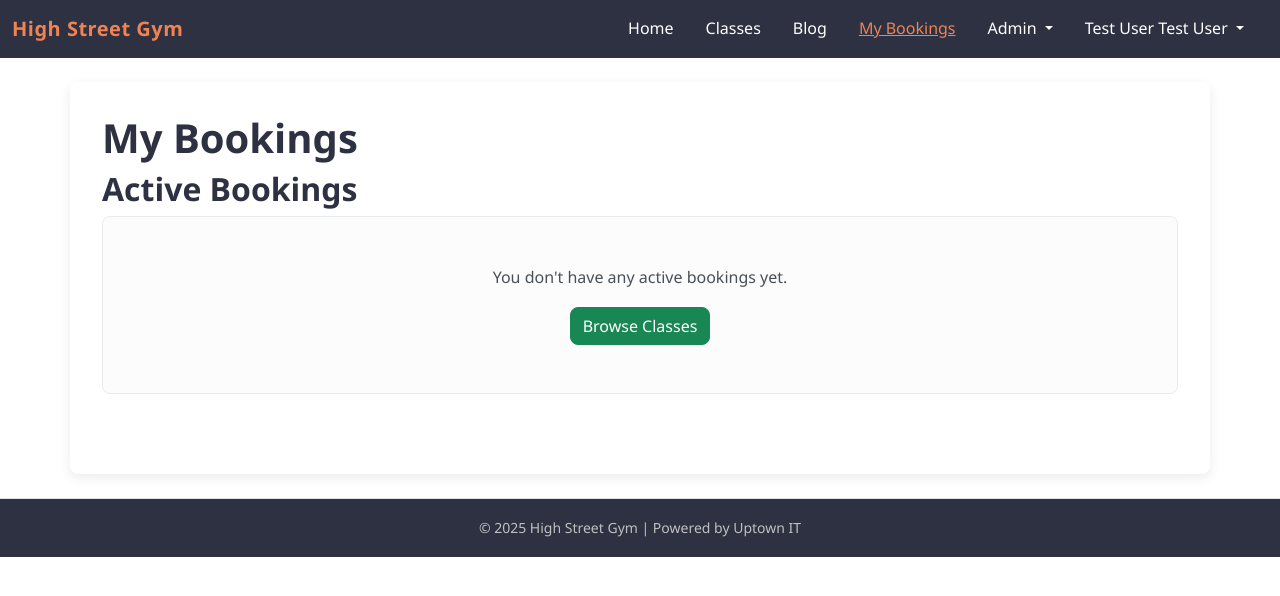
Repository: HBDSolutions/highstreetgym
Page: http://localhost/highstreetgym/controllers/content/bookings_controller.php
An editor plug-in stored every save of this project. The page is shown before and after the next save, followed by the edit.
The browser window is 1280 px wide. The pictures show the whole page.
The page is run by PHP 8.4 with error messages shown; the project is at /var/www/html/. The session is filled in as if someone had signed in: {"user_id": 1, "user_email": "test@example.com", "first_name": "Test User", "last_name": "Test User", "user_type": "admin", "logged_in": true}. Other server files are loaded and not shown. The database holds what the project's SQL file puts in it. Queries for data that is not in the repository find no rows.

Above is the page before, as saved 2025-11-03 22:43:43.

### controllers/content/bookings_controller.php
<?php
/**
 * BOOKINGS CONTENT CONTROLLER
 *
 * RESPONSIBILITY: User's booking management
 */

// Start session
if (session_status() === PHP_SESSION_NONE) {
    session_start();
}

// Include dependencies
require_once __DIR__ . '/../../models/database.php';
require_once __DIR__ . '/../../models/session.php';
require_once __DIR__ . '/../../models/class_functions.php';

// Get authentication state
$currentUser = get_current_user_display();
$isLoggedIn = $currentUser['is_logged_in'];
$userId = $currentUser['user_id'];
$userType = $currentUser['user_type'];

// Initialise variables
$cancelMessage = '';
$cancelSuccess = false;

// Handle booking cancellation
if ($_SERVER['REQUEST_METHOD'] === 'POST' && isset($_POST['action']) && $_POST['action'] === 'cancel') {
    $bookingId = intval($_POST['booking_id'] ?? 0);

    if ($bookingId > 0) {
        $result = cancel_booking($conn, $bookingId, $userId);
        $cancelMessage = $result['message'];
        $cancelSuccess = $result['success'];
    }
}

// Get user's bookings from model
$userBookings = get_user_bookings($conn, $userId);

// Separate and format active bookings
$activeBookings = [];

foreach ($userBookings as $booking) {
    if ($booking['status'] === 'confirmed') {
        $activeBookings[] = [
            'booking_id' => $booking['booking_id'],
            'class_name' => $booking['class_name'],
            'description' => $booking['description'],
            'day_of_week' => $booking['day_of_week'],
            'start_time' => date('g:i A', strtotime($booking['start_time'])),
            'end_time' => date('g:i A', strtotime($booking['end_time'])),
            'trainer_name' => $booking['trainer_first_name'] . ' ' . $booking['trainer_last_name'],
            'booking_date' => date('F j, Y', strtotime($booking['booking_date']))
        ];
    }
}

// CONTROLLER DECISIONS - Set flags for what to display
$showCancelMessage = !empty($cancelMessage);
$hasActiveBookings = !empty($activeBookings);
$showNoBookings = empty($activeBookings);

// Define view variables
$pageTitle = 'My Bookings';
$contentView = __DIR__ . '/../../views/content/bookings.php';

// Load MEMBER layout controller (enforces authentication)
require_once __DIR__ . '/../layouts/member_layout.php';
?>

### models/database.php
<?php

//database connection details
$servername = "localhost";
$username = "connect_hsg";
$password = "HighStreetGym1!";
$database = "highstreetgym";

//connect to the database
try {
	//connect to the database
	$conn = new PDO("mysql:host=$servername;dbname=$database", $username,	$password);
	//set the PDO error mode to exception
	$conn->setAttribute(PDO::ATTR_ERRMODE, PDO::ERRMODE_EXCEPTION);
}
catch (PDOException $e) {
    die("Database connection failed: " . $e->getMessage());
}

?>

### models/session.php
<?php

// SESSION MANAGEMENT FUNCTIONS

// Check user is logged in

function is_user_logged_in() {
    return isset($_SESSION['logged_in']) && $_SESSION['logged_in'] === true;
}

//  Get user data

function get_current_user_display() {
    if (!is_user_logged_in()) {
        return [
            'is_logged_in' => false,
            'user_name' => 'Guest',
            'user_type' => null,
            'user_email' => null,
            'user_id' => null
        ];
    }

    // Derive full name
    $firstName = $_SESSION['first_name'] ?? '';
    $lastName = $_SESSION['last_name'] ?? '';
    $fullName = trim($firstName . ' ' . $lastName);

    // Fallback to 'User' if name is empty
    if (empty($fullName)) {
        $fullName = 'User';
    }

    return [
        'is_logged_in' => true,
        'user_name' => $fullName,
        'user_type' => $_SESSION['user_type'] ?? 'member',
        'user_email' => $_SESSION['user_email'] ?? '',
        'user_id' => $_SESSION['user_id'] ?? null
    ];
}

// Check user permission

function user_has_permission($requiredType) {
    if (!is_user_logged_in()) {
        return false;
    }

    $userType = $_SESSION['user_type'] ?? 'member';

    // Admin has all permissions
    if ($userType === 'admin') {
        return true;
    }

    // Check specific permission
    return $userType === $requiredType;
}

// Require user to be logged in

function require_login($redirectAfterLogin = '') {
    if (!is_user_logged_in()) {
        $redirect = $redirectAfterLogin ?: $_SERVER['REQUEST_URI'];
        header('Location: controllers/auth/login_controller.php?msg=login_required&redirect=' . urlencode($redirect));
        exit;
    }
}

// Require specific user type

function require_permission($requiredType) {
    require_login(); // First ensure logged in

    if (!user_has_permission($requiredType)) {
        $_SESSION['error_message'] = 'You do not have permission to access this page.';
        header('Location: /highstreetgym/index.php');
        exit;
    }
}
?>

### controllers/layouts/member_layout.php
<?php
/**
 * MEMBER LAYOUT CONTROLLER
 *
 * RESPONSIBILITY: Page-level setup for member-authenticated pages
 */

// Include base layout functionality
require_once __DIR__ . '/base_layout.php';

// Initialise and get all base data
$layoutData = init_base_layout();

// Extract authentication data
$currentUser = $layoutData['currentUser'];
$isLoggedIn = $layoutData['isLoggedIn'];

// PAGE ACCESS PERMISSION: Must be logged in
if (!$isLoggedIn) {
    $_SESSION['redirect_after_login'] = $_SERVER['REQUEST_URI'];
    header('Location: /highstreetgym/index.php');
    exit;
}

// Extract remaining layout data
$userId = $layoutData['userId'];
$userName = $layoutData['userName'];
$userEmail = $layoutData['userEmail'];
$userType = $layoutData['userType'];
$currentPath = $layoutData['currentPath'];

// Navigation flags for member layout
$showAdminMenu = ($userType === 'admin');
$showMemberMenu = true;
$showLoginButton = false;

// Validate required variables from content controller
validate_layout_requirements($pageTitle ?? '', $contentView ?? '');

// Set page title for <title> tag
$title = $pageTitle . ' - High Street Gym';

// Render the member layout
include __DIR__ . '/../../views/layouts/member.php';
?>

### controllers/layouts/base_layout.php
<?php
/**
 * BASE LAYOUT
 *  * Shared functionality for all layout controllers
 *
 * USAGE: $layoutData = init_base_layout();
 */

/**
 * Returns all common data needed by layout controllers
 */

function init_base_layout() {
    // Start session if not already started
    if (session_status() === PHP_SESSION_NONE) {
        session_start();
    }

    // Include required models
    require_once __DIR__ . '/../../models/database.php';
    require_once __DIR__ . '/../../models/session.php';

    // Get user authentication state
    $currentUser = get_current_user_display();

    // Prepare navigation path
    $currentPath = parse_url($_SERVER['REQUEST_URI'] ?? '/', PHP_URL_PATH) ?: '/';

    // Login modal setup
    $modalLoginError = $_SESSION['modal_login_error'] ?? null;
    unset($_SESSION['modal_login_error']);

    $showModalLoginError = !empty($modalLoginError);

    $loginModalContext = [
        'showErrorAlert' => $showModalLoginError,
        'errorMessage' => $modalLoginError ?? '',
        'formAction' => '/highstreetgym/controllers/auth/login_controller.php'
    ];

    // Return all data as an associative array
    return [
        // User authentication
        'currentUser' => $currentUser,
        'isLoggedIn' => $currentUser['is_logged_in'],
        'userId' => $currentUser['user_id'],
        'userName' => $currentUser['user_name'],
        'userEmail' => $currentUser['user_email'],
        'userType' => $currentUser['user_type'],

        // Navigation
        'currentPath' => $currentPath,

        // Login modal
        'modalLoginError' => $modalLoginError,
        'showModalLoginError' => $showModalLoginError,
        'showLoginModal' => $showModalLoginError,
        'loginModalContext' => $loginModalContext
    ];
}

// Navigation helper function

function is_active($needle) {
    global $currentPath;
    return str_ends_with($currentPath, $needle) ? 'active' : '';
}

// Validate required view variables

function validate_layout_requirements($pageTitle, $contentView) {
    if (empty($pageTitle)) {
        die('Error: Content controller must define $pageTitle');
    }

    if (empty($contentView) || !file_exists($contentView)) {
        die('Error: Content controller must define valid $contentView');
    }
}

?>

### views/layouts/member.php
<!DOCTYPE html>
<html lang="en">
<head>
    <meta charset="UTF-8">
    <meta name="viewport" content="width=device-width, initial-scale=1.0">
    <title><?= htmlspecialchars($title) ?></title>

    <!-- Bootstrap CSS -->
    <link href="https://cdn.jsdelivr.net/npm/bootstrap@5.3.0/dist/css/bootstrap.min.css" rel="stylesheet">
    <!-- Bootstrap Icons -->
    <link rel="stylesheet" href="https://cdn.jsdelivr.net/npm/bootstrap-icons@1.11.0/font/bootstrap-icons.css">
    <!-- Custom CSS -->
    <link rel="stylesheet" href="/highstreetgym/assets/css/style.css">
</head>
<body>
    <!-- Navigation -->
    <?php include __DIR__ . '/../partials/nav.php'; ?>

    <!-- Main Content -->
    <main>
        <?php include $contentView; ?>
    </main>

    <!-- Footer -->
    <?php include __DIR__ . '/../partials/footer.php'; ?>

    <!-- Bootstrap JS -->
    <script src="https://cdn.jsdelivr.net/npm/bootstrap@5.3.0/dist/js/bootstrap.bundle.min.js"></script>
</body>
</html>

### views/partials/nav.php
<nav class="navbar navbar-expand-lg navbar-dark bg-dark">
    <div class="container-fluid">
        <a class="navbar-brand" href="/highstreetgym/index.php">High Street Gym</a>

        <button class="navbar-toggler" type="button" data-bs-toggle="collapse" data-bs-target="#navbarNav">
            <span class="navbar-toggler-icon"></span>
        </button>

        <div class="collapse navbar-collapse" id="navbarNav">
          <!-- Navigation Links -->
          <ul class="navbar-nav ms-auto mb-2 mb-lg-0">
              <li class="nav-item">
                  <a class="nav-link <?= is_active('home_controller.php') ?>" href="/highstreetgym/controllers/content/home_controller.php">Home</a>
              </li>
              <li class="nav-item">
                  <a class="nav-link <?= is_active('classes_controller.php') ?>" href="/highstreetgym/controllers/content/classes_controller.php">Classes</a>
              </li>
              <li class="nav-item">
                  <a class="nav-link <?= is_active('blog_controller.php') ?>" href="/highstreetgym/controllers/content/blog_controller.php">Blog</a>
              </li>

              <?php if ($showMemberMenu): ?>
                  <li class="nav-item">
                      <a class="nav-link <?= is_active('bookings_controller.php') ?>" href="/highstreetgym/controllers/content/bookings_controller.php">My Bookings</a>
                  </li>
              <?php endif; ?>

              <?php if ($showAdminMenu): ?>
                  <li class="nav-item dropdown">
                      <a class="nav-link dropdown-toggle" href="#" role="button" data-bs-toggle="dropdown">
                          Admin
                      </a>
                      <ul class="dropdown-menu">
                          <li><a class="dropdown-item" href="#">Manage Users</a></li>
                          <li><a class="dropdown-item" href="#">Manage Classes</a></li>
                      </ul>
                  </li>
              <?php endif; ?>

              <?php if ($isLoggedIn): ?>
                  <li class="nav-item dropdown">
                      <a class="nav-link dropdown-toggle" href="#" role="button" data-bs-toggle="dropdown"><?= htmlspecialchars($userName) ?>
                      </a>
                      <ul class="dropdown-menu">
                          <li><a class="dropdown-item" href="/highstreetgym/controllers/content/bookings_controller.php">My Bookings</a></li>
                          <li><hr class="dropdown-divider"></li>
                          <li><a class="dropdown-item" href="/highstreetgym/controllers/auth/logout_controller.php">Logout</a></li>
                      </ul>
                  </li>
              <?php else: ?>
                  <li class="nav-item">
                      <a class="nav-link" href="/highstreetgym/controllers/auth/login_controller.php">Login</a>
                  </li>
                  <li class="nav-item">
                      <a class="nav-link btn text-white ms-2" href="/highstreetgym/controllers/auth/register_controller.php">Register</a>
                  </li>
              <?php endif; ?>
          </ul>
      </div>
    </div>
</nav>

<!-- Login Modal -->
<?php if ($showLoginButton): ?>
    <?php include __DIR__ . '/modals/login_modal.php'; ?>
<?php endif; ?>

### views/content/bookings.php
<!-- Bookings Content View -->
<main class="container my-4">
    <h1><?= htmlspecialchars($pageTitle) ?></h1>

    <?php if ($showCancelMessage): ?>
        <?php include __DIR__ . '/../partials/bookings/cancel_message.php'; ?>
    <?php endif; ?>

    <section class="mb-5">
        <h2>Active Bookings</h2>

        <?php if ($showNoBookings): ?>
            <?php include __DIR__ . '/../partials/bookings/no_bookings.php'; ?>
        <?php endif; ?>

        <?php if ($hasActiveBookings): ?>
            <?php include __DIR__ . '/../partials/bookings/bookings_list.php'; ?>
        <?php endif; ?>
    </section>
</main>

### views/partials/bookings/no_bookings.php
<!-- Bookings No Bookings Partial -->
<div class="alert alert-light text-center py-5">
    <p class="mb-2">You don't have any active bookings yet.</p>
    <a href="/highstreetgym/controllers/content/classes_controller.php" class="btn btn-success mt-2">
        Browse Classes
    </a>
</div>

### views/partials/footer.php
<footer class="text-center text-muted py-3 border-top">
  <small>&copy; <?= date('Y') ?> High Street Gym | Powered by Uptown IT</small>
</footer>

### assets/css/style.css
/* === High Street Gym Custom Theme === */
:root {
  /* Base brand palette */
  --hsg-primary:   #EF8354;
  --hsg-secondary: #4F5D75;
  --hsg-muted:     #BFC0C0;
  --hsg-dark:      #2D3142;
  --hsg-light:     #FFFFFF;

  /* Bootstrap variable overrides */
  --bs-body-bg: var(--hsg-light);
  --bs-body-color: var(--hsg-dark);
  --bs-primary: var(--hsg-primary);
  --bs-secondary: var(--hsg-secondary);
  --bs-success: #2ECC71;
  --bs-danger:  #E74C3C;
  --bs-warning: #F1C40F;
  --bs-info:    #3498DB;
  --bs-border-radius: .5rem;
  --bs-font-sans-serif: "Segoe UI", Roboto, "Helvetica Neue", Arial, sans-serif;
}

/* === Global layout === */
body {
  background-color: var(--bs-body-bg);
  color: var(--bs-body-color);
  line-height: 1.6;
}

h1, h2, h3, h4 {
  font-weight: 600;
  color: var(--hsg-dark);
}

/* === Navbar === */
.navbar {
  background-color: var(--hsg-dark) !important;
}
.navbar .navbar-brand {
  color: var(--hsg-primary) !important;
  font-weight: 700;
  letter-spacing: .5px;
}
.navbar .nav-link {
  color: var(--hsg-light) !important;
  margin-right: 1rem;
  transition: color .2s ease-in-out;
}
.navbar .nav-link:hover,
.navbar .nav-link.active {
  color: var(--hsg-primary) !important;
  text-decoration: underline;
}

/* === Main container card === */
main.container {
  background: var(--hsg-light);
  padding: 2rem;
  border-radius: var(--bs-border-radius);
  box-shadow: 0 4px 12px rgba(0,0,0,0.08);
}

/* === Buttons === */
.btn-primary {
  background-color: var(--hsg-primary);
  border-color: var(--hsg-primary);
}
.btn-primary:hover {
  background-color: var(--hsg-secondary);
  border-color: var(--hsg-secondary);
}

/* === Tables === */
.table {
  color: var(--hsg-dark);
  border-color: var(--hsg-muted);
}
.table thead {
  background-color: var(--hsg-secondary);
  color: var(--hsg-light);
}
.table-striped tbody tr:nth-of-type(odd) {
  background-color: #f8f9fa;
}

/* === Footer === */
footer {
  background-color: var(--hsg-dark);
  color: var(--hsg-light);
  text-align: center;
  padding: 1rem 0;
}
footer small {
  color: var(--hsg-muted);
}

/* === Utility tweaks === */
a { color: var(--hsg-primary); }
a:hover { color: var(--hsg-secondary); }

.list-group-item {
  border: none;
  border-bottom: 1px solid var(--hsg-muted);
}

### database/schema/schema.sql (the tables this page reads)
CREATE TABLE `classes` (
  `class_id` INT NOT NULL AUTO_INCREMENT,
  `class_name` VARCHAR(100) NOT NULL,
  `description` TEXT DEFAULT NULL,
  `duration` INT NOT NULL COMMENT 'Duration in minutes',
  `difficulty_level` ENUM('beginner', 'intermediate', 'advanced', 'all_levels') DEFAULT 'all_levels',
  PRIMARY KEY (`class_id`)
) ENGINE=InnoDB DEFAULT CHARSET=utf8mb4 COLLATE=utf8mb4_general_ci;

INSERT INTO `classes` (`class_name`, `description`, `duration`, `difficulty_level`) VALUES
('Yoga Flow', 'Gentle flowing yoga for flexibility and relaxation', 60, 'all_levels'),
('Pilates Core', 'Core strengthening pilates workout', 45, 'intermediate'),
('HIIT Burn', 'High intensity interval training', 30, 'advanced'),
('Indoor Cycling', 'Cardio cycling workout', 45, 'all_levels'),
('Boxing Fitness', 'Boxing-based fitness class', 60, 'intermediate'),
('Abs Blast', 'Targeted abdominal workout', 30, 'all_levels'),
('Zumba', 'Dance fitness workout', 60, 'beginner');

CREATE TABLE `schedules` (
  `schedule_id` INT NOT NULL AUTO_INCREMENT,
  `class_id` INT NOT NULL,
  `trainer_id` INT NOT NULL,
  `day_of_week` ENUM('Monday', 'Tuesday', 'Wednesday', 'Thursday', 'Friday', 'Saturday', 'Sunday') NOT NULL,
  `start_time` TIME NOT NULL,
  `end_time` TIME NOT NULL,
  `max_capacity` INT DEFAULT 20,
  PRIMARY KEY (`schedule_id`),
  KEY `class_id` (`class_id`),
  KEY `trainer_id` (`trainer_id`),
  CONSTRAINT `schedules_ibfk_1` FOREIGN KEY (`class_id`) REFERENCES `classes` (`class_id`) ON DELETE CASCADE,
  CONSTRAINT `schedules_ibfk_2` FOREIGN KEY (`trainer_id`) REFERENCES `trainers` (`trainer_id`) ON DELETE CASCADE
) ENGINE=InnoDB DEFAULT CHARSET=utf8mb4 COLLATE=utf8mb4_general_ci;

INSERT INTO `schedules` (`class_id`, `trainer_id`, `day_of_week`, `start_time`, `end_time`, `max_capacity`) VALUES

(1, 1, 'Monday', '06:00:00', '07:00:00', 15),
(3, 3, 'Monday', '08:00:00', '08:30:00', 20),
(5, 2, 'Monday', '18:00:00', '19:00:00', 15),

(2, 1, 'Tuesday', '07:00:00', '07:45:00', 12),
(4, 3, 'Tuesday', '17:30:00', '18:15:00', 25),
(7, 1, 'Tuesday', '19:00:00', '20:00:00', 20),

(1, 1, 'Wednesday', '06:00:00', '07:00:00', 15),
(6, 2, 'Wednesday', '12:00:00', '12:30:00', 20),
(3, 3, 'Wednesday', '18:00:00', '18:30:00', 20),

(2, 1, 'Thursday', '07:00:00', '07:45:00', 12),
(5, 2, 'Thursday', '18:00:00', '19:00:00', 15),

(4, 3, 'Friday', '06:30:00', '07:15:00', 25),
(7, 1, 'Friday', '17:00:00', '18:00:00', 20),

(1, 1, 'Saturday', '08:00:00', '09:00:00', 15),
(3, 3, 'Saturday', '09:30:00', '10:00:00', 20),
(6, 2, 'Saturday', '10:30:00', '11:00:00', 20);

CREATE TABLE `trainers` (
  `trainer_id` INT NOT NULL AUTO_INCREMENT,
  `first_name` VARCHAR(50) NOT NULL,
  `last_name` VARCHAR(50) NOT NULL,
  `email` VARCHAR(100) NOT NULL,
  `specialization` VARCHAR(100) DEFAULT NULL,
  `status` ENUM('active', 'inactive') DEFAULT 'active',
  PRIMARY KEY (`trainer_id`),
  UNIQUE KEY `email` (`email`)
) ENGINE=InnoDB DEFAULT CHARSET=utf8mb4 COLLATE=utf8mb4_general_ci;

INSERT INTO `trainers` (`first_name`, `last_name`, `email`, `specialization`, `status`) VALUES
('Sarah', 'Johnson', 'sarah.johnson@highstreetgym.com.au', 'Yoga & Pilates', 'active'),
('Mike', 'Chen', 'mike.chen@highstreetgym.com.au', 'Strength Training', 'active'),
('Emma', 'Williams', 'emma.williams@highstreetgym.com.au', 'HIIT & Cardio', 'active');

Loaded but not shown: models/class_functions.php (276 lines, source omitted)

After the next save:
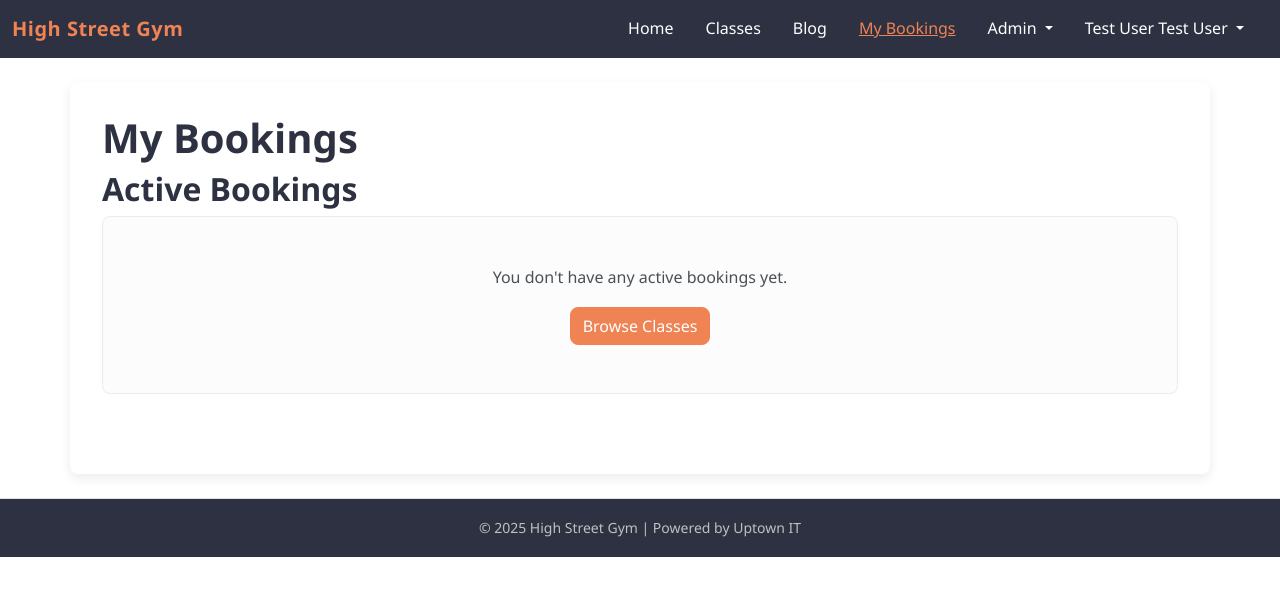
Saved 119 s later.
--- a/views/partials/bookings/no_bookings.php
+++ b/views/partials/bookings/no_bookings.php
@@ -1,7 +1,7 @@
 <!-- Bookings No Bookings Partial -->
 <div class="alert alert-light text-center py-5">
     <p class="mb-2">You don't have any active bookings yet.</p>
-    <a href="/highstreetgym/controllers/content/classes_controller.php" class="btn btn-success mt-2">
+    <a href="/highstreetgym/controllers/content/classes_controller.php" class="btn btn-primary mt-2">
         Browse Classes
     </a>
 </div>
